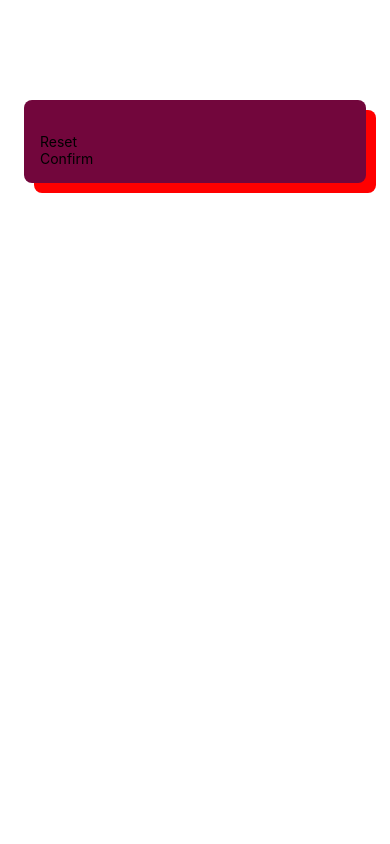
Repository: SyLe-Van/Number-Guessing-Game
Screen: /
An editor plug-in stored every save of this project. The screen is shown before and after the next save, followed by the edit.
The app was drawn by React Native's web renderer in a window 390 px wide. The project was rebuilt for these pictures with package versions that can differ from the ones it lists, and the page was loaded fresh each time.

Above is the screen before, as saved 2024-02-01 23:02:36.

After the next save:
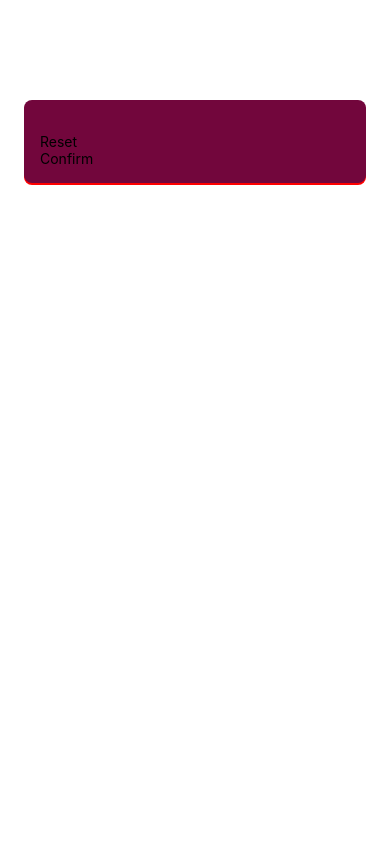
Saved 16 s later.
--- a/screens/StartGameScreen.js
+++ b/screens/StartGameScreen.js
@@ -17,7 +17,7 @@ const styles = StyleSheet.create({
     backgroundColor: "#72063c",
     borderRadius: 8,
     shadowColor: "red",
-    shadowOffset: { width: 10, height: 10 },
+    shadowOffset: { width: 0, height: 2 },
   },
 });
 export default StartGameScreen;
